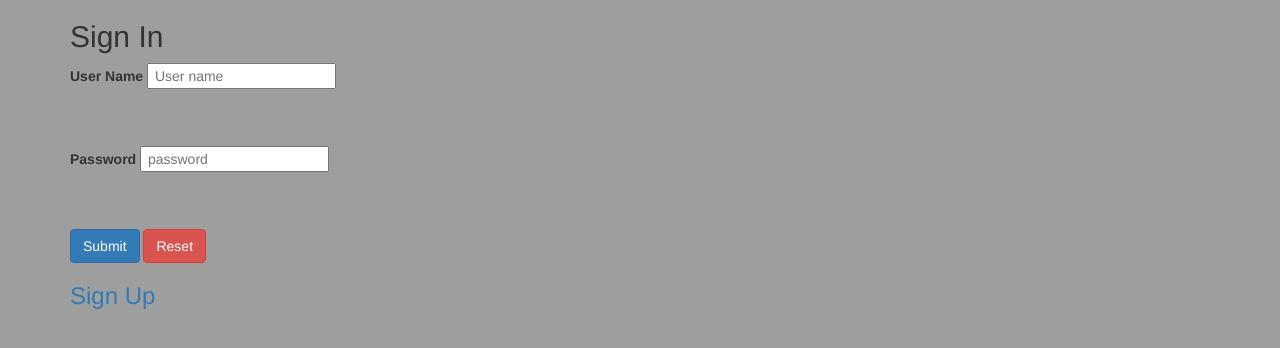
Repository: AravindMarshall/ShoppingCart
Page: http://localhost/Phineas/Login.jsp
The author's editor kept a copy of each file at every save. The page is drawn from the files as they stood at one save, then again after the next save.
The browser window is 1280 px wide. The pictures show the whole page.
The page is served by Tomcat 9. Other server files are loaded and not shown.

Above is the page before, as saved 2016-06-13 11:06:23.

### NIIT Shopping Cart/Phineas/WebContent/Login.jsp
<%@ page language="java" contentType="text/html; charset=ISO-8859-1"
    pageEncoding="ISO-8859-1"%>
<html>
<head>
<meta http-equiv="Content-Type" content="text/html; charset=ISO-8859-1">
<meta name="viewport" content="width=device-width, initial-scale=1">
  <link rel="stylesheet" href="http://maxcdn.bootstrapcdn.com/bootstrap/3.3.6/css/bootstrap.min.css">
  <script src="https://ajax.googleapis.com/ajax/libs/jquery/1.12.2/jquery.min.js"></script>
  <script src="http://maxcdn.bootstrapcdn.com/bootstrap/3.3.6/js/bootstrap.min.js"></script>

<title>Phineas Login</title>
</head>
<body>

<form action="LoginServlet" method ="post">


<div class="container">
  <body background="F:\Sample Car pictures\Car1.jpg">
      </div>

<div class= "Login">
<div class="container">
  <h2>Sign In </h2>
  <div class="form-group">
  <label for ="Name">User Name </label>
	<input type = "text" class="userId" name = "userId" placeholder=" User name "></div><br><br>
	<div class="form-group">
	<label for ="Pass">Password</label>
	<input type = "password" class="password" name = "password" placeholder=" password "></div><br><br>
<button type="submit" class="btn btn-primary">Submit</button>
<button type="Reset" class="btn btn-danger">Reset</button><br>
<a href = "Register.jsp"><h3>Sign Up</h3></a>
</div>
</form>
</form>

</body>
</html>

After the next save:
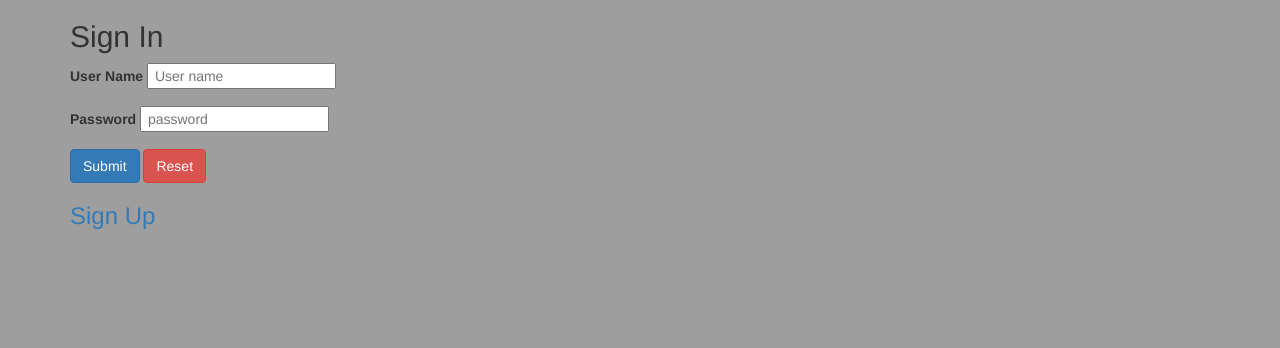
Saved 30 s later.
--- a/NIIT Shopping Cart/Phineas/WebContent/Login.jsp
+++ b/NIIT Shopping Cart/Phineas/WebContent/Login.jsp
@@ -24,10 +24,10 @@
   <h2>Sign In </h2>
   <div class="form-group">
   <label for ="Name">User Name </label>
-	<input type = "text" class="userId" name = "userId" placeholder=" User name "></div><br><br>
+	<input type = "text" class="userId" name = "userId" placeholder=" User name "></div>
 	<div class="form-group">
 	<label for ="Pass">Password</label>
-	<input type = "password" class="password" name = "password" placeholder=" password "></div><br><br>
+	<input type = "password" class="password" name = "password" placeholder=" password "></div>
 <button type="submit" class="btn btn-primary">Submit</button>
 <button type="Reset" class="btn btn-danger">Reset</button><br>
 <a href = "Register.jsp"><h3>Sign Up</h3></a>
